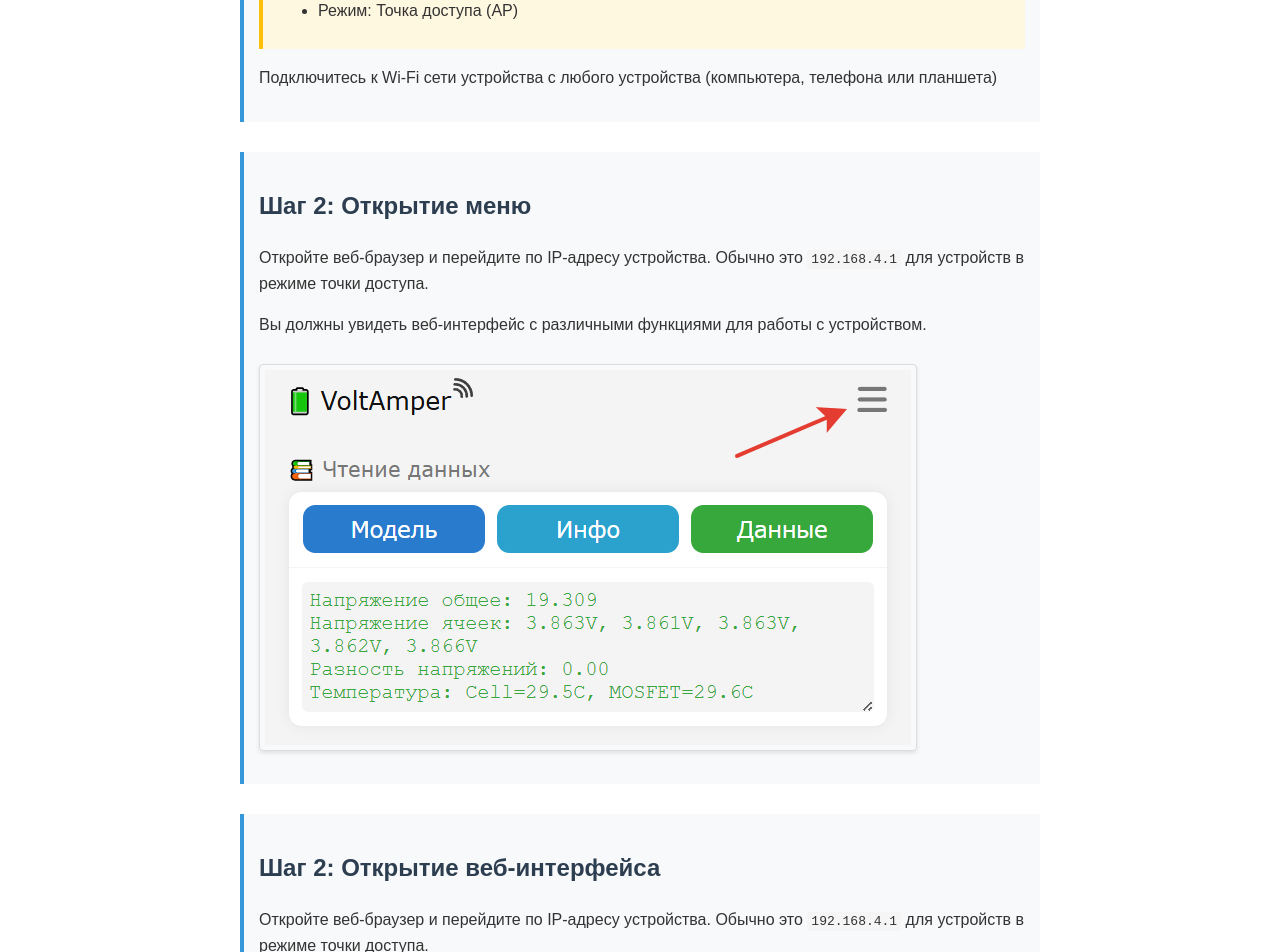
Repository: NikElectronics/ELIXStoFIX
Page: firware.html
These files come from the project's save history. The page is drawn as it stood at one moment and after the next save; the edit follows.
The browser window is 1280 px wide. The pictures show the part of the page from y = 396 to 1348 px (the page is 5443 px tall before and 5376 px after).
A picture or video elsewhere on the page could not be fetched, so the positions and the page height are approximate.

Above is the page before, as saved 2025-10-22 08:18:41.

After the next save:
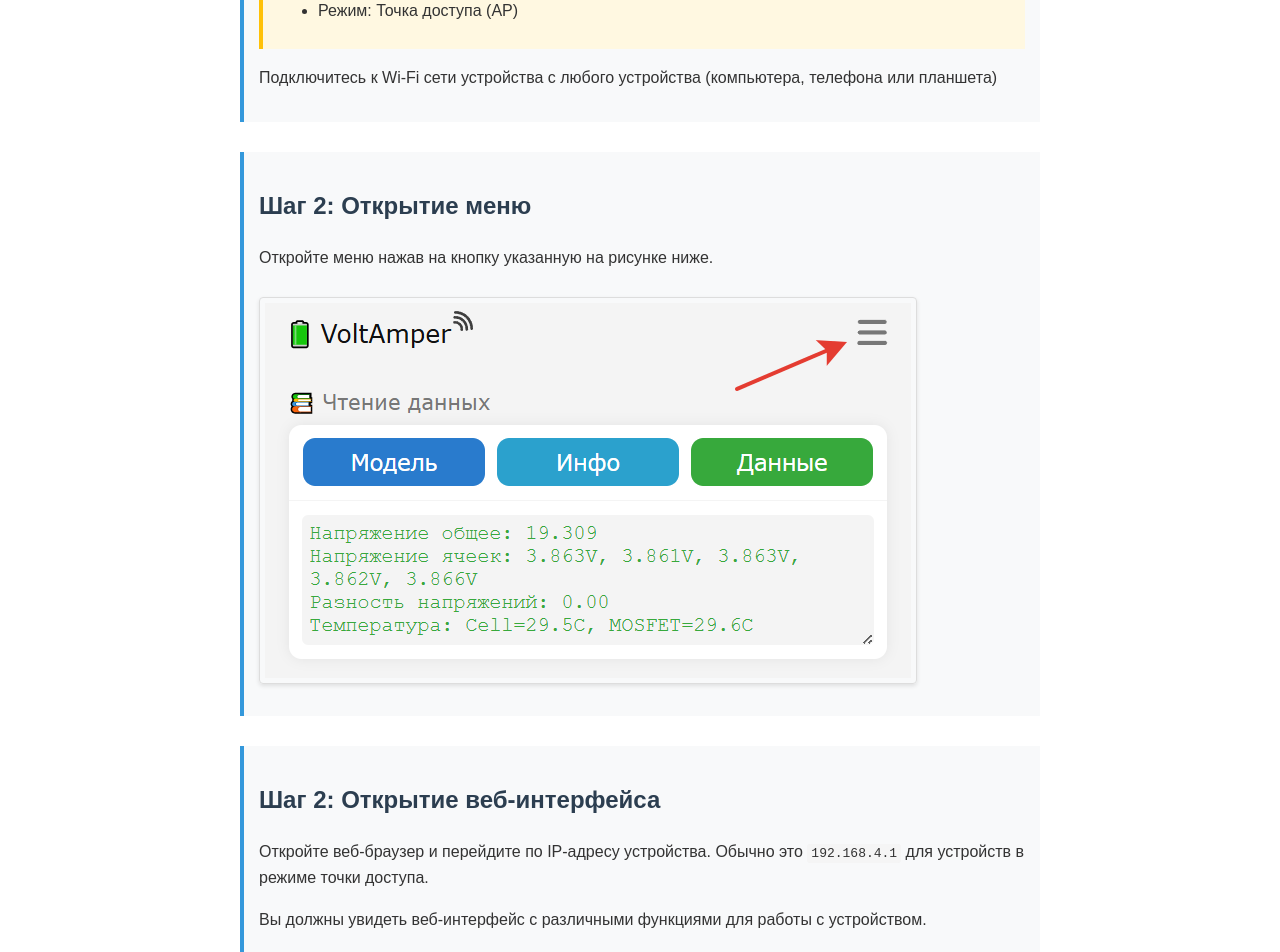
Saved 97 s later.
--- a/firware.html
+++ b/firware.html
@@ -70,8 +70,7 @@
 
     <div class="step">
         <h2>Шаг 2: Открытие меню</h2>
-        <p>Откройте веб-браузер и перейдите по IP-адресу устройства. Обычно это <code>192.168.4.1</code> для устройств в режиме точки доступа.</p>
-        <p>Вы должны увидеть веб-интерфейс с различными функциями для работы с устройством.</p>
+        <p>Откройте меню нажав на кнопку указанную на рисунке ниже. </p>
         <img src="images/menu.png" alt="Главная страница веб-интерфейса" class="screenshot">
     </div>
 
